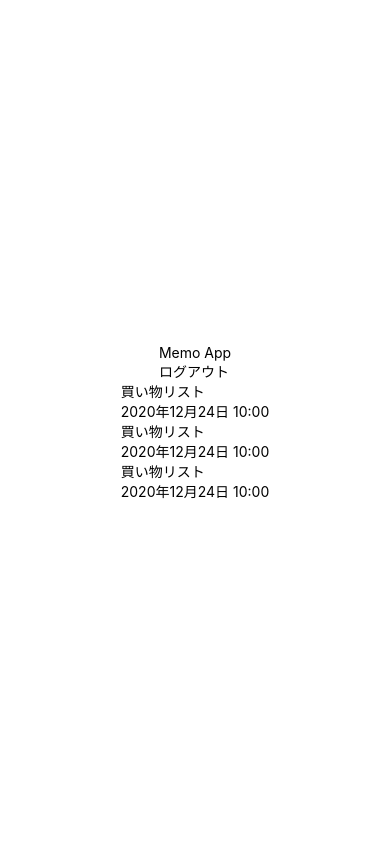
Repository: hirano-step/MemoApp
Screen: /
An editor plug-in stored every save of this project. The screen is shown before and after the next save, followed by the edit.
The app was drawn by React Native's web renderer in a window 390 px wide. The project was rebuilt for these pictures with package versions that can differ from the ones it lists, and the page was loaded fresh each time.

Above is the screen before, as saved 2023-01-12 10:59:00.

### App.jsx
import { StyleSheet, Text, View } from 'react-native';

export default function App() {
  return (
    <View style={styles.container}>
      <View>
        <View>
          <Text>Memo App</Text>
          <Text>ログアウト</Text>
        </View>
      </View>

      <View>
        <View>
          <View>
            <Text>買い物リスト</Text>
            <Text>2020年12月24日 10:00</Text>
          </View>
        </View>

        <View>
          <View>
            <Text>買い物リスト</Text>
            <Text>2020年12月24日 10:00</Text>
          </View>
        </View>

        <View>
          <View>
            <Text>買い物リスト</Text>
            <Text>2020年12月24日 10:00</Text>
          </View>
        </View>
      </View>

    </View>
  );
}

const styles = StyleSheet.create({
  container: {
    flex: 1,
    backgroundColor: '#fff',
    alignItems: 'center',
    justifyContent: 'center',
  },
});

After the next save:
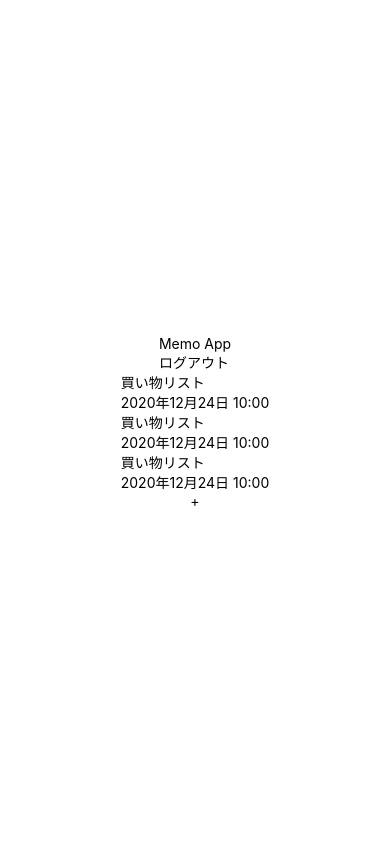
Saved 79 s later.
--- a/App.jsx
+++ b/App.jsx
@@ -33,6 +33,10 @@ export default function App() {
         </View>
       </View>
 
+      <View>
+        <Text>+</Text>
+      </View>
+
     </View>
   );
 }
